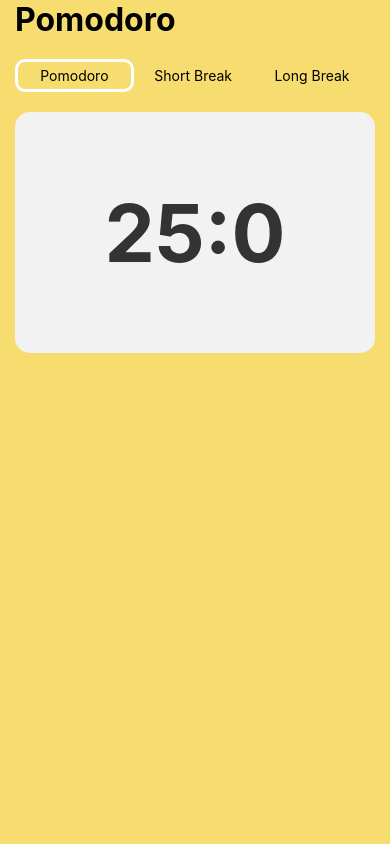
Repository: rchavarria77/pomodoro-app
Screen: /
An editor plug-in stored every save of this project. The screen is shown before and after a run of saves, followed by the edit.
The app was drawn by React Native's web renderer in a window 390 px wide. The project was rebuilt for these pictures with package versions that can differ from the ones it lists, and the page was loaded fresh each time.

Above is the screen before, as saved 2024-02-01 01:03:29.

### App.js
import { useState } from 'react';
import { Platform, SafeAreaView, StyleSheet, Text, View } from 'react-native';
import { Header } from './src/components/Header';
import { Timer } from './src/components/Timer';

const colors = ['#F7DC6F', '#A2D9CE', '#D7BDE2'];

export default function App() {
  const [isWorking, setIsWorking] = useState(false);
  const [time, setTime] = useState(25 * 60);
  const [currentTime, setCurrentTime] = useState('POMO' | 'SHORT' | 'BREAK');

  return (
    <SafeAreaView
      style={[styles.container, { backgroundColor: colors[currentTime] }]}
    >
      <View
        style={{
          paddingHorizontal: 15,
          paddingTop: Platform.OS === 'android' && 30,
          flex: 1,
        }}
      >
        <Text style={styles.text}>Pomodoro</Text>
        <Header
          setTime={setTime}
          currentTime={currentTime}
          setCurrentTime={setCurrentTime}
        />
        <Timer time={time} />
      </View>
    </SafeAreaView>
  );
}

const styles = StyleSheet.create({
  container: {
    flex: 1,
  },
  text: { fontSize: 32, fontWeight: 'bold' },
});

### src/components/Header.jsx
import { StyleSheet, Text, TouchableOpacity, View } from 'react-native';

const options = ['Pomodoro', 'Short Break', 'Long Break'];

export const Header = ({ setTime, currentTime, setCurrentTime }) => {
  const handlePress = (index) => {
    const newTime = index === 0 ? 25 : index === 1 ? 5 : 15;
    setCurrentTime(index);
    setTime(newTime * 60);
  };

  return (
    <View style={{ flexDirection: 'row' }}>
      {options.map((option, i) => (
        <TouchableOpacity
          key={i}
          style={[
            styles.itemStyle,
            currentTime !== i && { borderColor: 'transparent' },
          ]}
          onPress={() => handlePress(i)}
        >
          <Text>{option}</Text>
        </TouchableOpacity>
      ))}
    </View>
  );
};

const styles = StyleSheet.create({
  itemStyle: {
    width: '33%',
    borderWidth: 3,
    padding: 5,
    borderColor: 'white',
    marginVertical: 20,
    borderRadius: 10,
    alignItems: 'center',
  },
});

### src/components/Timer.jsx
import { StyleSheet, Text, View } from 'react-native';

export const Timer = ({ time }) => {
  const formattedTime = `${Math.floor(time / 60)
    .toString()
    .padStart('2', 0)}:${time % 60}`;

  return (
    <View style={styles.container}>
      <Text style={styles.time}>{formattedTime}</Text>
    </View>
  );
};

const styles = StyleSheet.create({
  container: {
    flex: 0.3,
    justifyContent: 'center',
    backgroundColor: '#F2F2F2',
    padding: 15,
    borderRadius: 15,
  },
  time: {
    fontSize: 80,
    fontWeight: 'bold',
    textAlign: 'center',
    color: '#333333',
  },
});

After the next 2 saves:
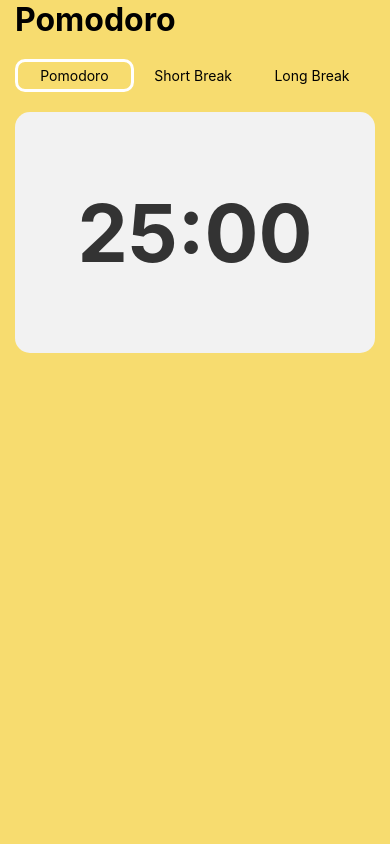
The 2 saves are shown as one change because 1 did not build or start.
The last was saved 33 s later.
--- a/src/components/Timer.jsx
+++ b/src/components/Timer.jsx
@@ -3,7 +3,7 @@ import { StyleSheet, Text, View } from 'react-native';
 export const Timer = ({ time }) => {
   const formattedTime = `${Math.floor(time / 60)
     .toString()
-    .padStart('2', 0)}:${time % 60}`;
+    .padStart('2', 0)}:${(time % 60).toString().padStart('2', '0')}`;
 
   return (
     <View style={styles.container}>
